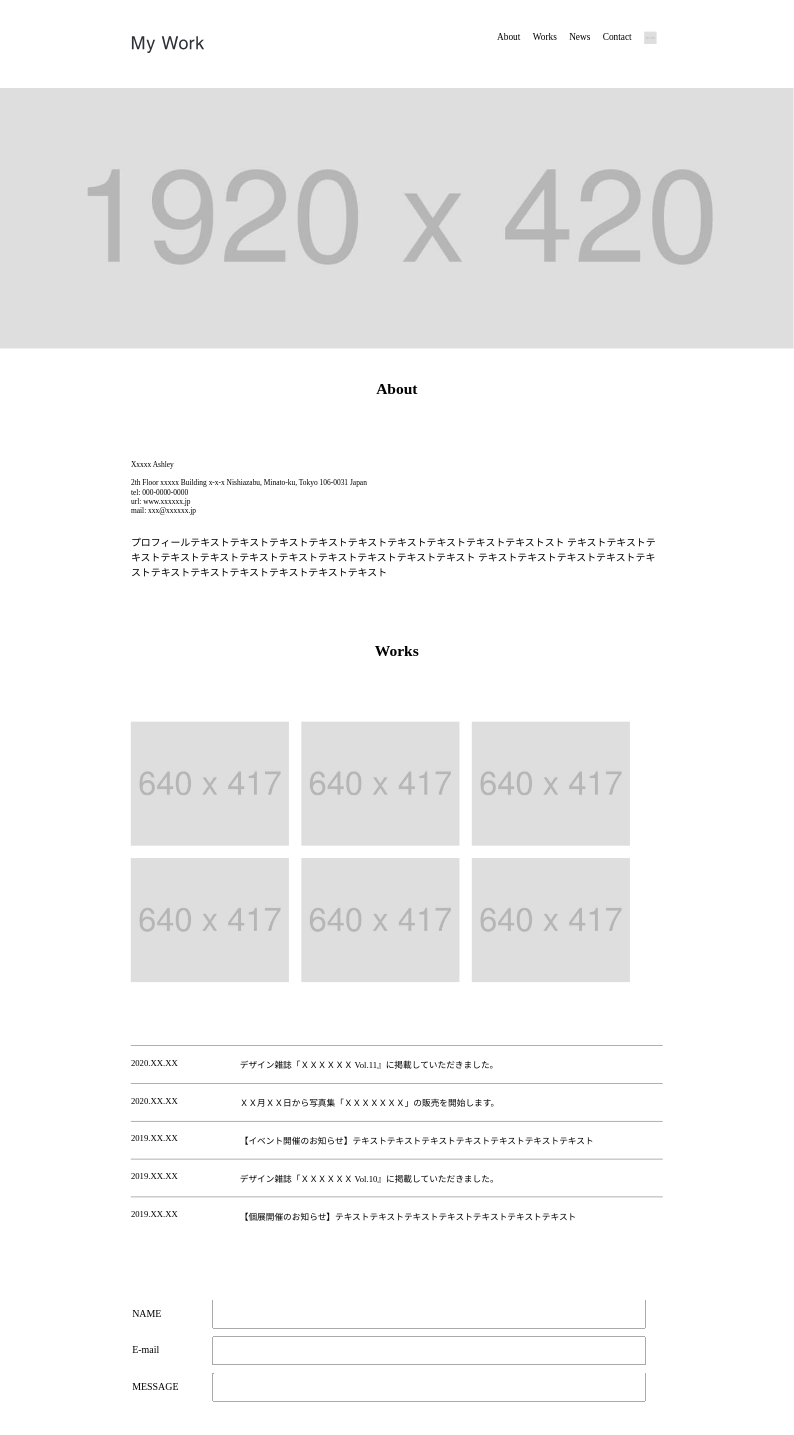
Repository: n19880405nick/challenge
Page: Codestep/My work/mywork.html
The author's editor kept a record of every edit. The page is drawn from the files as they stood at one moment, then again after the next edit.
The browser window is 1280 px wide. The pictures show the whole page, at 62% of full size.

Above is the page before.

After the next edit:
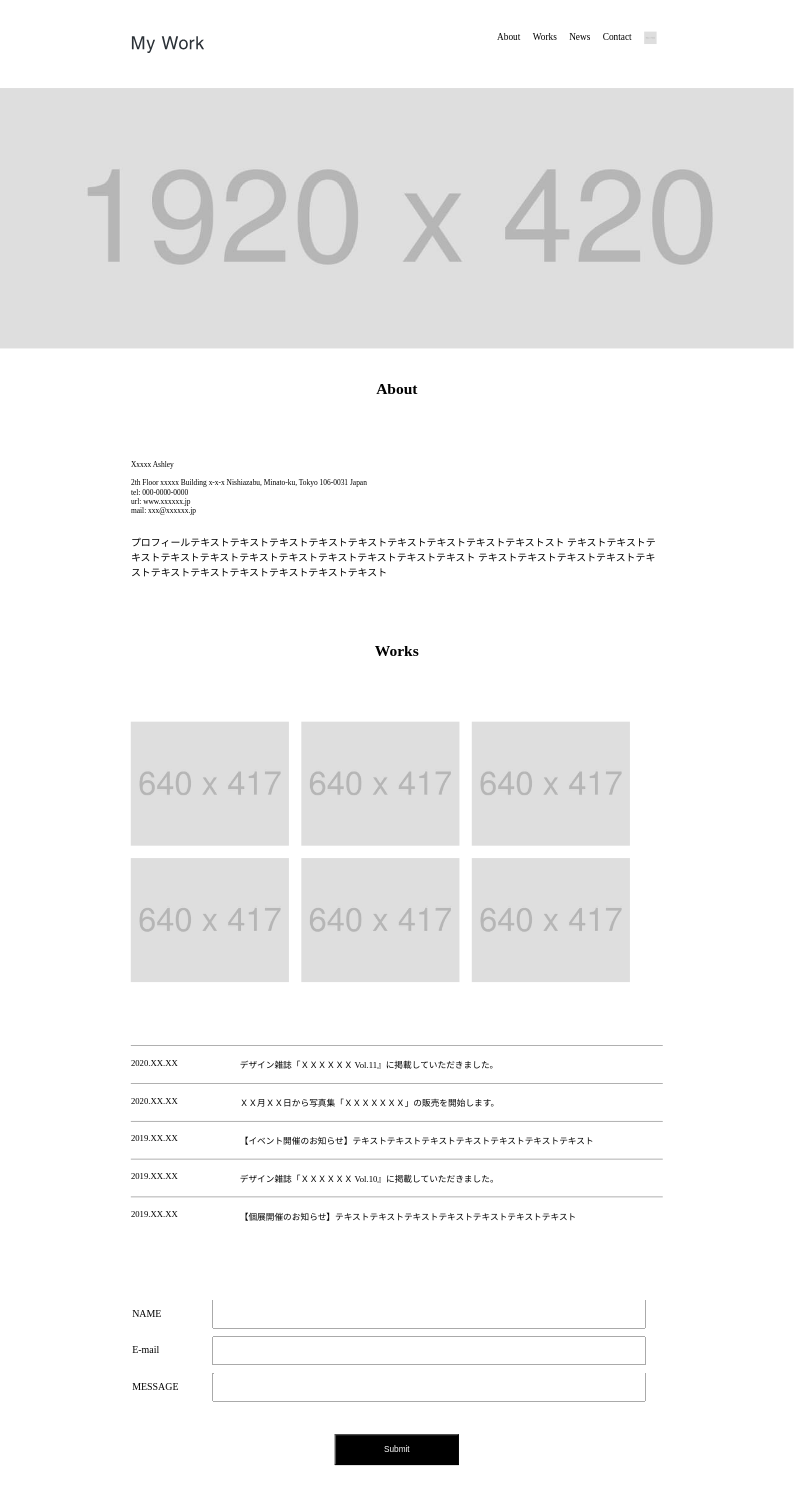
The edit:
--- a/Codestep/My work/mywork.html
+++ b/Codestep/My work/mywork.html
@@ -102,6 +102,9 @@
             </tr>
           </tbody>
         </table>
+        <div class="submit">
+          <input type="submit" class="contact-submit" >
+        </div>
       </div>
 
     </main>
